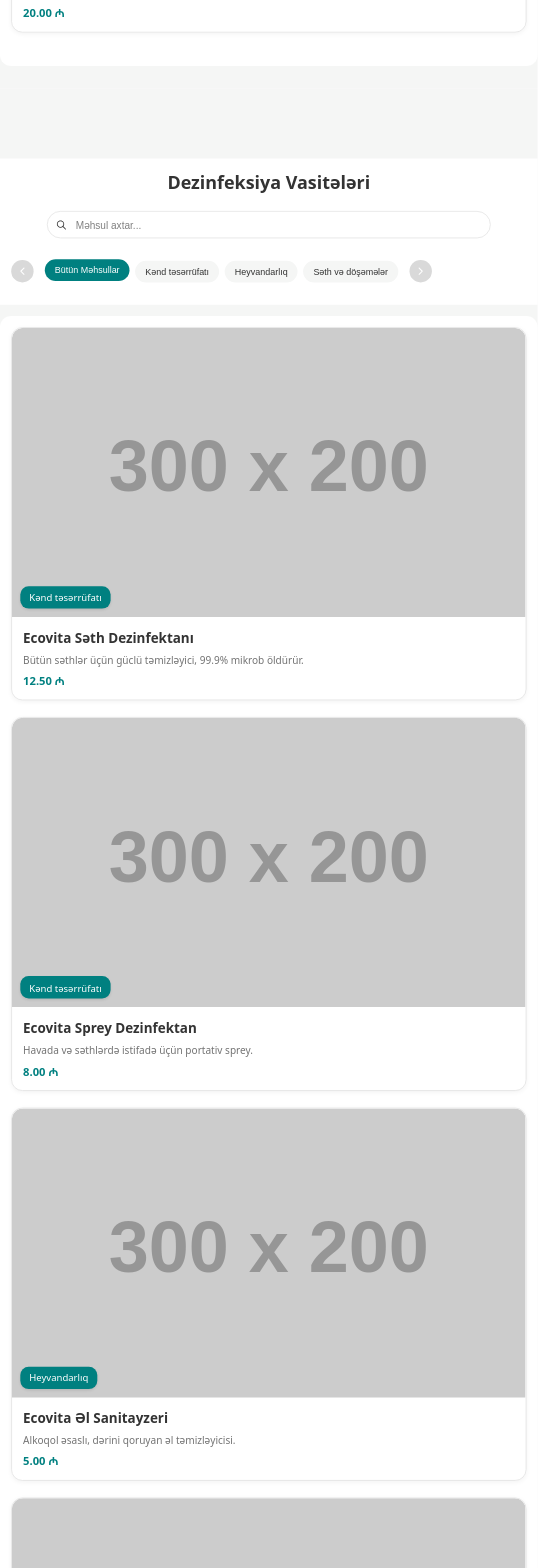
Repository: ferhadsultan98/ecovita
Page: /
These files come from the project's save history. The page is drawn as it stood at one moment and after the next save; the edit follows.
The browser window is 768 px wide. The pictures show the part of the page from y = 2589 to 4829 px (the page is 7099 px tall before and 7147 px after), at 70% of full size.
The project was rebuilt for these pictures with package versions that can differ from the ones it lists, and the page was loaded fresh each time. Also part of the build but not shown: vite.config.js.

Above is the page before, as saved 2025-05-06 10:26:56.

After the next save:
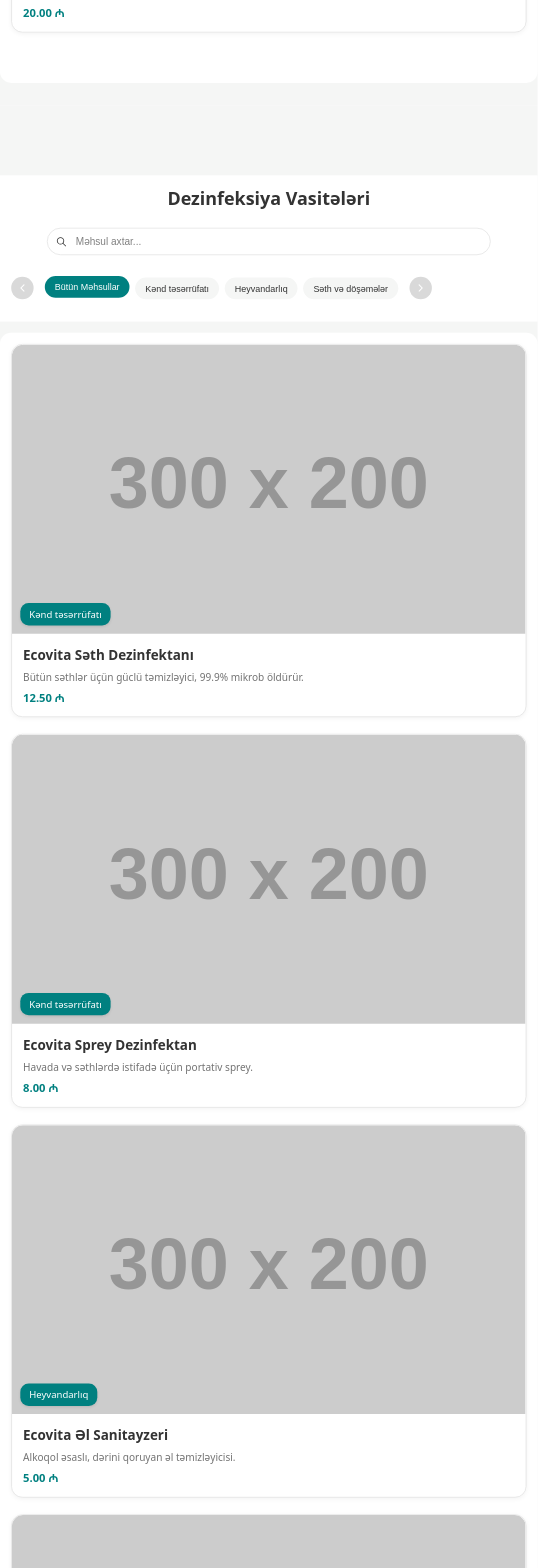
Saved 5 min 37 s later.
--- a/src/Pages/MenuSection/MenuSection.scss
+++ b/src/Pages/MenuSection/MenuSection.scss
@@ -207,7 +207,7 @@
   }
 
   .menu-content {
-    padding: 2rem 1rem 3rem 1rem; // Increased bottom padding to ensure cards are fully visible
+    padding: 2rem 1rem 4rem 1rem; // Increased bottom padding to ensure all cards are visible
     background: $secondary-color;
     border-radius: 16px;
     margin: 1rem auto;
@@ -217,7 +217,7 @@
       display: grid;
       grid-template-columns: repeat(auto-fill, minmax(280px, 1fr));
       gap: 1.5rem;
-      padding-bottom: 2rem; // Added padding to ensure cards have space at the bottom
+      padding: 0 0 2.5rem 0; // Added bottom padding to ensure cards are fully visible
 
       .menu-item {
         display: flex;
@@ -380,11 +380,10 @@
     padding-top: 100px; // Slightly less padding for medium screens
 
     .menu-content {
-      padding: 1.5rem 1rem 2.5rem 1rem; // Adjusted padding for medium screens
-
+      padding: 1.5rem 1rem 3.5rem 1rem; // Increased bottom padding for medium screens
       .menu-grid {
         grid-template-columns: repeat(auto-fill, minmax(240px, 1fr));
-        padding-bottom: 1.5rem; // Adjusted padding for medium screens
+        padding-bottom: 2rem; // Increased padding for medium screens
       }
     }
 
@@ -454,11 +453,10 @@
     }
 
     .menu-content {
-      padding: 1rem 1rem 2rem 1rem; // Adjusted padding for mobile
-
+      padding: 1rem 1rem 3rem 1rem; // Increased bottom padding for mobile
       .menu-grid {
         grid-template-columns: 1fr;
-        padding-bottom: 1rem; // Adjusted padding for mobile
+        padding-bottom: 1.5rem; // Increased padding for mobile
 
         .menu-item-card {
           .menu-item-content {
